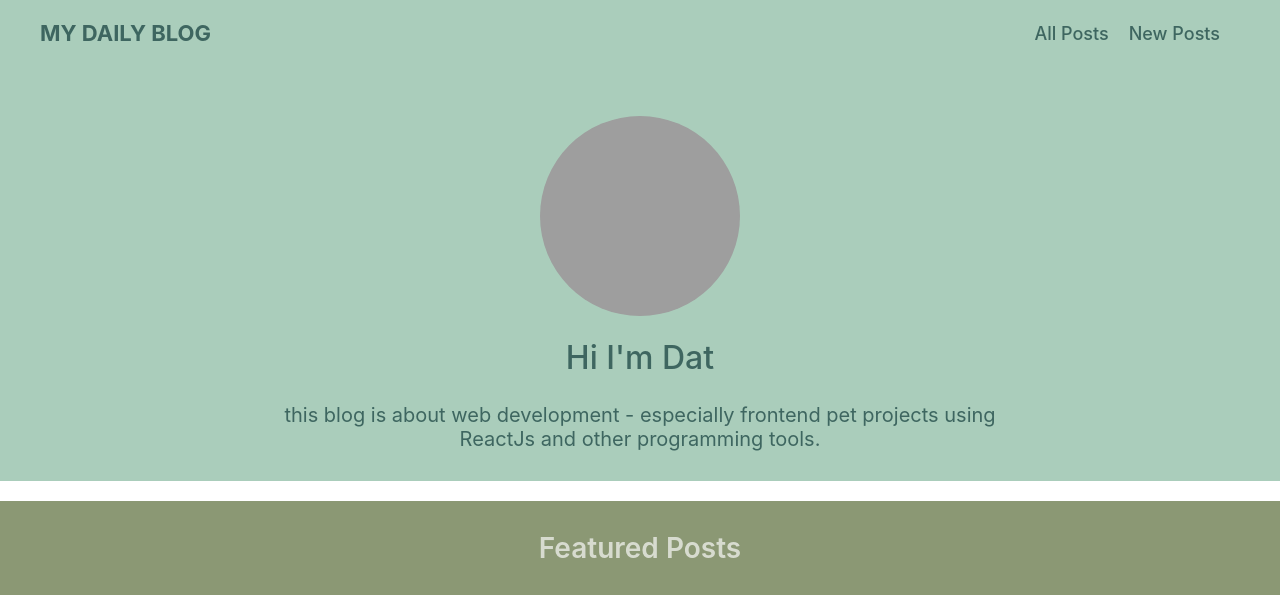
Repository: lyvandat/post-project-nextjs
Page: /
An editor plug-in stored every save of this project. The page is shown before and after the next save, followed by the edit.
The browser window is 1280 px wide. The pictures show the part of the page from y = 0 to 595 px (the page is 1734 px tall before and 1724 px after).
Pictures or frames that could not be fetched are drawn as grey boxes. The project was rebuilt for these pictures with package versions that can differ from the ones it lists, and the page was loaded fresh each time. The framework's server and built-in components were replaced by stand-ins that run in the browser. Also part of the build but not shown: next.config.js.

Above is the page before, as saved 2022-09-26 16:29:49.

### pages/_app.tsx
import "../styles/globals.css";
import type { AppProps } from "next/app";
import Layout from "../components/layout/Layout";

function MyApp({ Component, pageProps }: AppProps) {
  return (
    <Layout>
      <Component {...pageProps} />
    </Layout>
  );
}

export default MyApp;

### pages/index.tsx
import type { NextPage } from "next";
import React from "react";
import HomePage from "../components/home-page/HomePage";

const Home: NextPage = () => {
  return <HomePage />;
};

export default Home;

### styles/globals.css
:root {
  --background-green: #aacdbb;
  --light-green: #abb7ab;
  --medium-green: #8b9874;
  --high-green: #3e6660;
}

html,
body {
  color: var(--medium-green);
  padding: 0;
  margin: 0;
  font-family: -apple-system, BlinkMacSystemFont, Segoe UI, Roboto, Oxygen,
    Ubuntu, Cantarell, Fira Sans, Droid Sans, Helvetica Neue, sans-serif;
}

html {
  font-size: 62.5%;
}

body {
  font-size: 1.6rem;
}

a {
  color: inherit;
  text-decoration: none;
}

* {
  box-sizing: border-box;
  margin: 0;
  border: 0;
  padding: 0;
}

ul {
  padding-left: 0;
  list-style: none;
}

button {
  outline: none;
}

img {
  display: block;
  max-width: 100%;
}

.container {
  max-width: 1200px;
  width: 100%;
  margin-left: auto;
  margin-right: auto;
}

.container > h2 {
  text-align: center;
  color: white;
  opacity: 0.66;
  margin-bottom: 40px;
  margin-top: 20px;
  padding-top: 30px;
  font-size: 2.8rem;
  font-weight: 600;
  text-transform: capitalize;
}

.padding-section {
  padding-top: 50px;
  padding-bottom: 30px;
}

### components/layout/Layout.tsx
import React from "react";
import classes from "./Layout.module.css";
import MainNavigation from "./MainNavigation";

const Layout: React.FC<{ children: React.ReactNode }> = (props) => {
  return (
    <React.Fragment>
      <MainNavigation></MainNavigation>
      <main className={classes.main}>{props.children}</main>
    </React.Fragment>
  );
};

export default Layout;

### components/home-page/HomePage.tsx
import React from "react";
import Info from "../info/Info";
import PostList from "../posts/PostList";
import LayoutSection from "../layout/LayoutSection";

const HomePage: React.FC = () => {
  return (
    <React.Fragment>
      <Info />
      <LayoutSection title="featured posts">
        <PostList />
      </LayoutSection>
    </React.Fragment>
  );
};

export default HomePage;

### components/layout/Layout.module.css
.main {
  width: 100%;
  margin-left: auto;
  margin-right: auto;
}

### components/layout/MainNavigation.tsx
import classes from "./MainNavigation.module.css";
import Link from "next/link";

const MainNavigation: React.FC = (props) => {
  return (
    <header className={classes["main-header"]}>
      <div className={classes.container}>
        <Link href="/">
          <a>
            <h2>My Daily Blog</h2>
          </a>
        </Link>
        <nav>
          <ul>
            <li>
              <Link href="/">All Posts</Link>
            </li>
            <li>
              <Link href="/">New Posts</Link>
            </li>
          </ul>
        </nav>
      </div>
    </header>
  );
};

export default MainNavigation;

### components/info/Info.tsx
import classes from "./Info.module.css";
import Image from "next/image";

const Info: React.FC = () => {
  return (
    <div className={classes.info}>
      <div className="container">
        <div className={classes["image-wrapper"]}>
          <Image
            src="/images/my-photo.jpg"
            alt="my photo"
            width={300}
            height={300}
          ></Image>
        </div>
        <h1>Hi I'm Dat</h1>
        <p>
          this blog is about web development - especially frontend pet projects
          using ReactJs and other programming tools.
        </p>
      </div>
    </div>
  );
};

export default Info;

### components/posts/PostList.tsx
import classes from "./PostList.module.css";
import PostItem from "./PostItem";

type post = {
  title: string;
  date: string;
  excerpt: string;
};

const PostList: React.FC = () => {
  return (
    <ul className={classes.list}>
      <PostItem />
      <PostItem />
      <PostItem />
      <PostItem />
    </ul>
  );
};

export default PostList;

### components/layout/LayoutSection.tsx
// import classes from "./LayoutSection.module.css";
import React from "react";
import classes from "./LayoutSection.module.css";

const LayoutSection: React.FC<{ children: React.ReactNode; title: string }> = (
  props
) => {
  return (
    <section className={classes.section}>
      <div className="container">
        <h2>{props.title}</h2>
        {props.children}
      </div>
    </section>
  );
};

export default LayoutSection;

### components/layout/MainNavigation.module.css
.main-header {
  background-color: var(--background-green);
  padding: 20px;
}

.container {
  color: var(--high-green);
  width: 100%;
  max-width: 1200px;
  display: flex;
  justify-content: space-between;
  align-items: center;
  margin: 0 auto;
}

.container h2 {
  font-size: 22px;
  font-weight: 700;
  text-transform: uppercase;
}

.container nav {
}

.container ul {
  display: flex;
  justify-content: flex-start;
}

.container li {
  margin-right: 20px;
}

.container a {
  font-weight: 600;
  font-size: 18px;
  font-weight: 500;
}

### components/info/Info.module.css
.info {
  background-color: var(--background-green);
  padding-top: 50px;
  padding-bottom: 30px;
  text-align: center;
  color: var(--high-green);
}

.image-wrapper {
  margin-left: auto;
  margin-right: auto;
  width: 200px;
  height: 200px;
  border-radius: 200px;
  overflow: hidden;
}

.image-wrapper img {
  height: 100%;
  object-fit: cover;
}

.info h1 {
  font-weight: 500;
  margin-top: 22px;
  margin-bottom: 26px;
}

.info p {
  width: 60%;
  font-size: 2rem;
  margin-left: auto;
  margin-right: auto;
}

### components/posts/PostList.module.css
.list {
  display: flex;
  flex-direction: space-between;
  flex-wrap: wrap;
  justify-content: space-between;
}

### components/posts/PostItem.tsx
import classes from "./PostItem.module.css";
import Image from "next/image";
import Link from "next/link";

type post = {
  image: string;
  title: string;
  date: string;
  excerpt: string;
};

const PostItem: React.FC = () => {
  return (
    <li className={classes.item}>
      <Image
        src="/images/my-photo.jpg"
        alt="item1"
        width={500}
        height={400}
        layout="responsive"
      ></Image>
      <h2>Chao mung den voi khoa hoc moi</h2>
      <time>26 thang 11, 2022</time>
      <p>
        day la dong mo ta ve san pham ban se su dung trong suot quang thoi gian
        ban hoc va thuc hanh luyen tap voi reactjs
      </p>
      <Link href="/all-posts/post1">
        <a>View detail</a>
      </Link>
    </li>
  );
};

export default PostItem;

### components/layout/LayoutSection.module.css
.section {
  width: 100%;
  background-color: var(--medium-green);
  color: var(--light-green);
  color: rgb(222, 192, 192);
}

### components/posts/PostItem.module.css
.item {
  /* width: calc(50% - 12px); */
  color: var(--medium-green);
  background-color: var(--background-green);
  margin-bottom: 20px;
  max-width: calc(33.333% - 12px);
}

.item image {
  width: 100%;
}

.item h2 {
  text-transform: uppercase;
  color: var(--high-green);
  font-size: 1.8rem;
  font-weight: 700;
  margin-top: 10px;
  margin-bottom: 6px;
  padding: 0 12px;
}

.item time {
  display: block;
  color: var(--high-green);
  opacity: 0.88;
  font-size: 1.4rem;
  font-weight: bold;
  padding: 0 12px;
  margin-bottom: 12px;
}

.item p {
  color: var(--high-green);
  font-weight: 600;
  padding: 0 12px;
  margin-bottom: 24px;
}

.item a {
  display: block;
  margin-left: auto;
  margin-right: 20px;
  margin-bottom: 20px;
  max-width: 110px;
  padding: 12px 16px;
  color: #fff;
  opacity: 0.77;
  border-radius: 8px;
  background-color: #ff6651;
}

.item a:hover {
  opacity: 1;
}

After the next save:
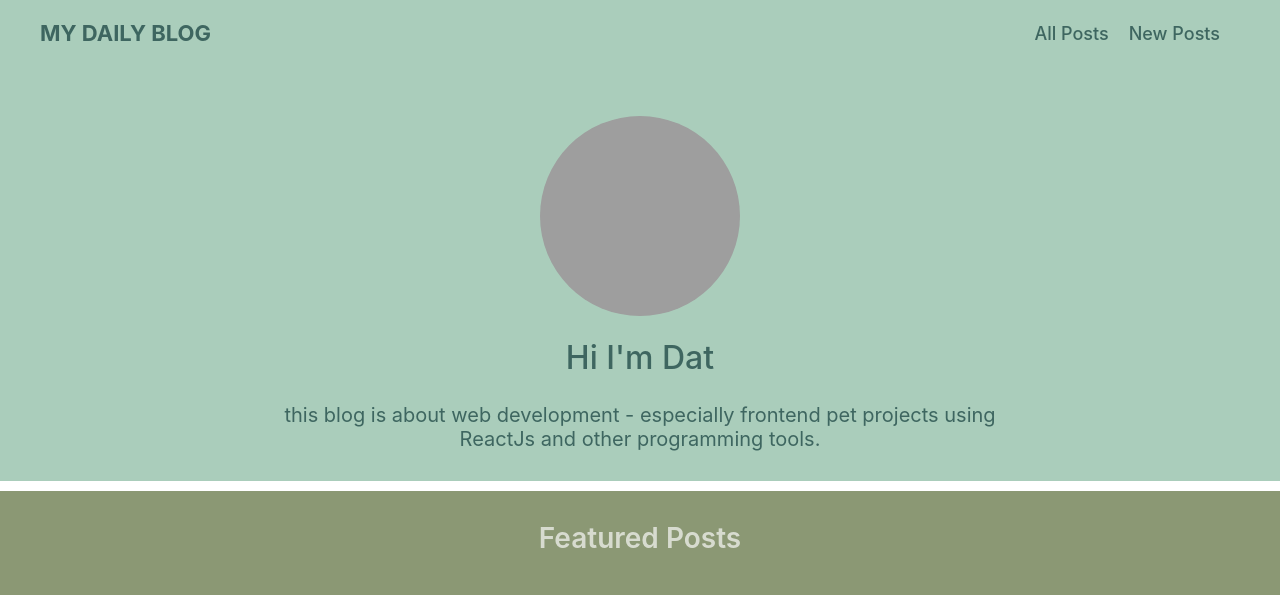
Saved 4 s later.
--- a/styles/globals.css
+++ b/styles/globals.css
@@ -60,7 +60,7 @@ img {
   color: white;
   opacity: 0.66;
   margin-bottom: 40px;
-  margin-top: 20px;
+  margin-top: 10px;
   padding-top: 30px;
   font-size: 2.8rem;
   font-weight: 600;
